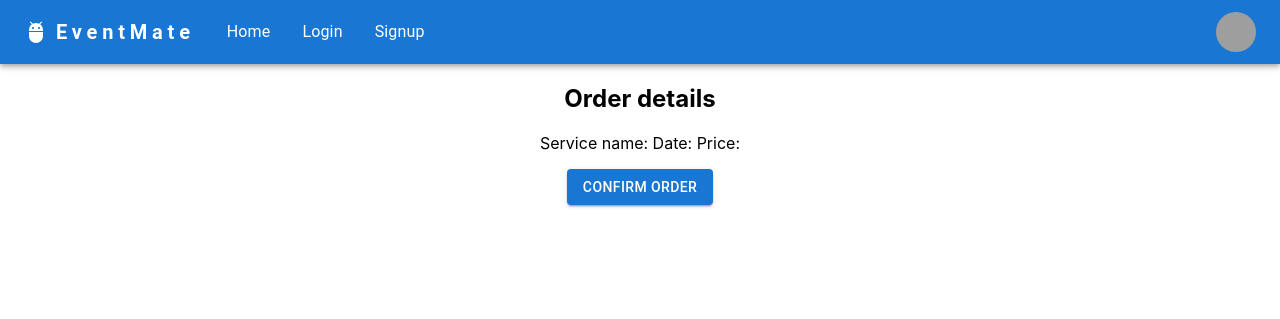
Repository: Farida-Yeasmin-Mim/EventMate_Frontend
Page: /Order_details
The author's editor kept a copy of each file at every save. The page is drawn from the files as they stood at one save, then again after the next save.
The browser window is 1280 px wide. The pictures show the whole page.
Pictures or frames that could not be fetched are drawn as grey boxes. The project was rebuilt for these pictures with package versions that can differ from the ones it lists, and the page was loaded fresh each time. Also part of the build but not shown: src/pages/auth/Login.js, src/components/seletionTextField/selectGender.js, src/pages/auth/Signup.js, src/components/vendor/RegVendor.js, src/components/offer.js, src/components/productcategories.js, src/components/icontabs.js, src/components/cards/decoration.js and 10 more. Imported but missing from the stored project, and not drawn on this page: src/components/PostRequest.

Above is the page before, as saved 2022-07-23 01:56:48.

After the next save:
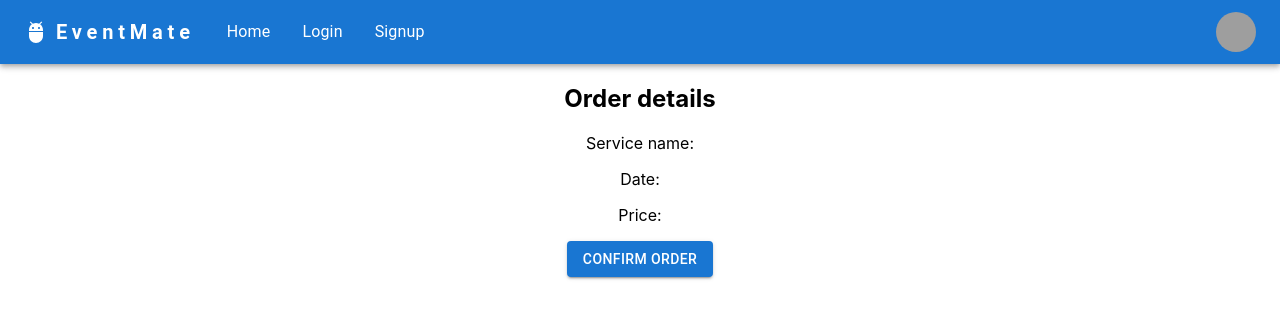
Saved 102 s later.
--- a/src/components/event/OrderDetails.js
+++ b/src/components/event/OrderDetails.js
@@ -9,9 +9,9 @@ function OrderDetails(props) {
         <div>
             <Grid align='center'>
                 <h2>Order details</h2>
-                <p>Service name:
-                    Date:
-                    Price:</p>
+                <p>Service name:</p>
+                <p>Date:</p>
+                <p>Price:</p>
                 <RLink to="/Order_details" style={{ textDecoration: 'none' }}><Button variant="contained">Confirm Order</Button></RLink>
 
             </Grid>
